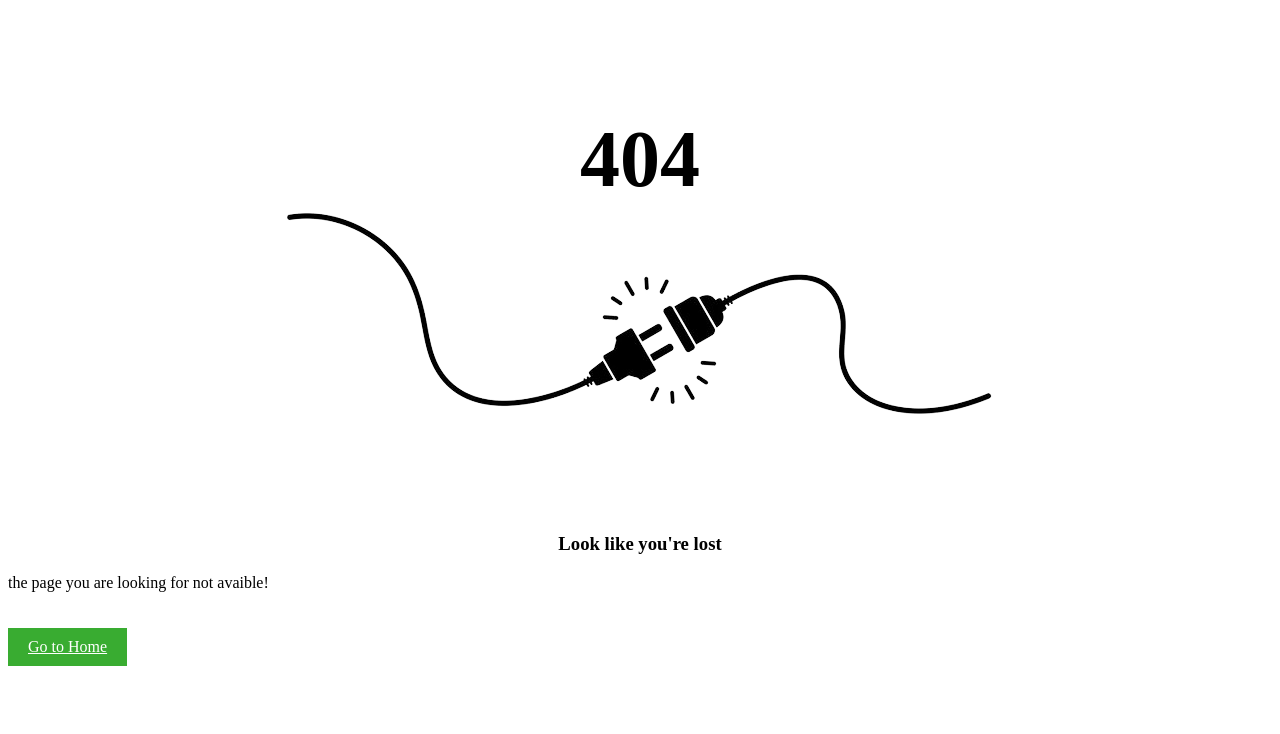
Repository: 2tzz/SkillUp-Academy
Page: 404_missing.html
These files come from the project's save history. The page is drawn as it stood at one moment and after the next save; the edit follows.
The browser window is 1280 px wide. The pictures show the whole page.

Above is the page before, as saved 2022-10-14 03:49:20.

### 404_missing.html
<!DOCTYPE html>
<html lang="en">
<head>
  <meta charset="UTF-8">
  <meta http-equiv="X-UA-Compatible" content="IE=edge">
    <meta name="viewport" content="width=device-width, initial-scale=1.0">
        <title>404 Error</title>
   <link rel="stylesheet" href="/CSS/404.css">
   <!--<link rel="stylesheet"href="https://cdnjs.cloudflare.com/ajax/libs/twitter-bootstrap/3.3.7/css/bootstrap.min.css">-->
</head>

   <body>
      <section class="page_404">
       <div class="container">
        <div class="row">
         <div class="col-sm-12">
          <div class="col-sm-10 col-sm-offset-1 text-center">
           <div class="four_zero_four_bg">
             <h1 class="text-center ">404</h1>
           </div>
           <div class="contant_box_404">
      <h3 class="h2">Look like you're lost</h3>
        <p >the page you are looking for not avaible!</p>
        <a href="userHome.html" class="link_404">Go to Home</a>
    </div> </div></div></div></div>
    </section>
</body>
</html>

### CSS/404.css
.page_404{
    padding: 40px 0;
    background: #fff;
    font-family: "Arvo",serif;
}

.page_404 img{
    width: 100%;
}

.four_zero_four_bg{
    background-image: url(/Img/Disconnected.png);
    height: 400px;
    background-position: center;
}

.four_zero_four_bg h1{
    font-size: 80px;
    text-align: center
}
.four_zero_four_bg h3{
    font-size: 80px;
    text-align: center;
}

.h2{
    text-align: center;
}
.p {
    text-align: center;
}
.link_404{
    color: #fff !important;
    padding: 10px 20px;
    background: #39ac31;
    margin: 20px 0;
    display: inline-block;
    text-align: center;
}
.constant_box_404{
    margin-top: -50px;
}

After the next save:
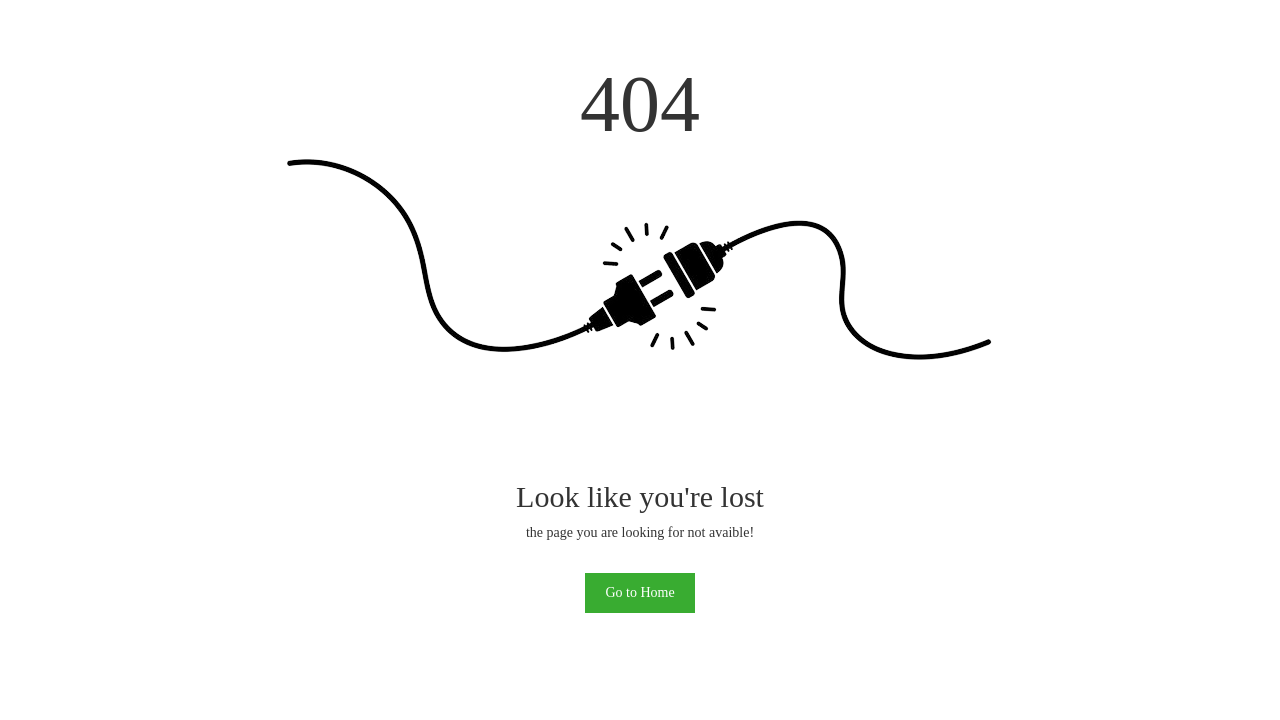
Saved 3 min 45 s later.
--- a/404_missing.html
+++ b/404_missing.html
@@ -6,7 +6,7 @@
     <meta name="viewport" content="width=device-width, initial-scale=1.0">
         <title>404 Error</title>
    <link rel="stylesheet" href="/CSS/404.css">
-   <!--<link rel="stylesheet"href="https://cdnjs.cloudflare.com/ajax/libs/twitter-bootstrap/3.3.7/css/bootstrap.min.css">-->
+   <link rel="stylesheet"href="https://cdnjs.cloudflare.com/ajax/libs/twitter-bootstrap/3.3.7/css/bootstrap.min.css">
 </head>
 
    <body>
